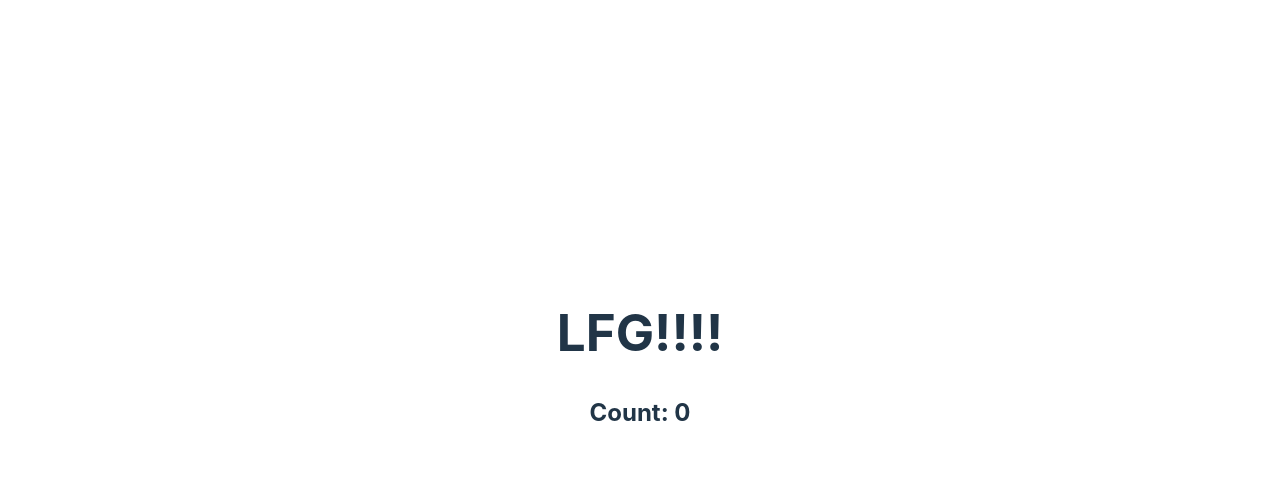
Repository: Vechain-EasyA-Hackathon/VeChain-Hackathon
Page: /
The author's editor kept a copy of each file at every save. The page is drawn from the files as they stood at one save, then again after the next save.
The browser window is 1280 px wide. The pictures show the whole page.
The project was rebuilt for these pictures with package versions that can differ from the ones it lists, and the page was loaded fresh each time. Also part of the build but not shown: vite.config.js.

Above is the page before, as saved 2023-10-07 13:39:58.

### src/App.jsx
import { useState } from 'react'

import './App.css'

function App() {

  const [count, setCount] = useState(0)

  return (
    <div>

      <h1>LFG!!!!</h1>

      <h2>Count: {count}</h2>

    </div>

  )
}

export default App

Loaded but not shown: index.html (common file); src/main.jsx (common file); src/index.css (common file); src/App.css (common file)

After the next save:
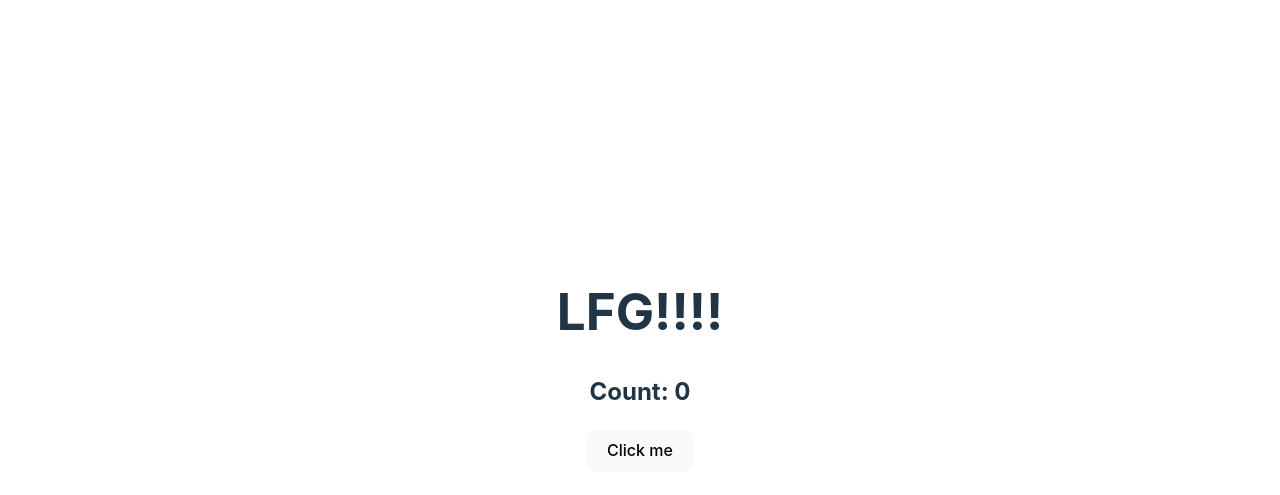
Saved 5 s later.
--- a/src/App.jsx
+++ b/src/App.jsx
@@ -13,6 +13,8 @@ function App() {
 
       <h2>Count: {count}</h2>
 
+      <button onClick={() => setCount(count + 1)}>Click me</button>
+
     </div>
 
   )
